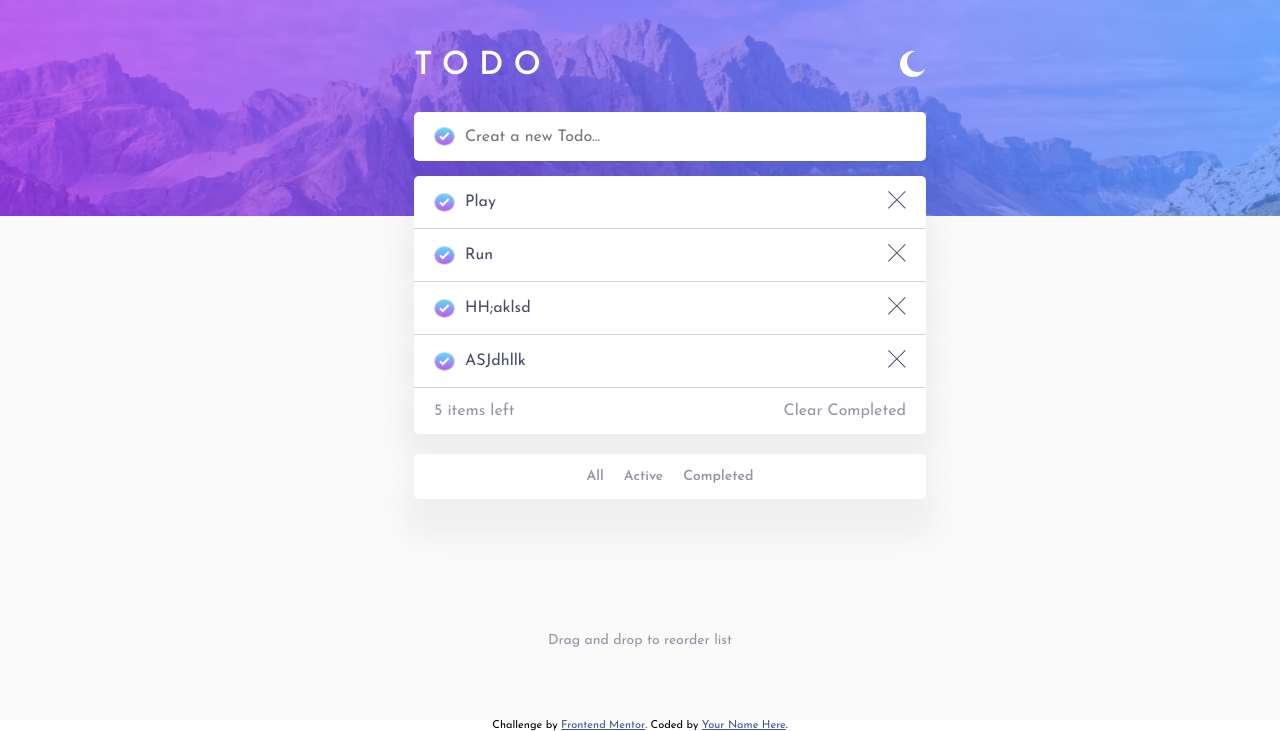
Repository: Baraajad231/Todo-app
Page: /
An editor plug-in stored every save of this project. The page is shown before and after a run of saves, followed by the edit.
The browser window is 1280 px wide. The pictures show the whole page.
The project was rebuilt for these pictures with package versions that can differ from the ones it lists, and the page was loaded fresh each time. Also part of the build but not shown: vite.config.js.

Above is the page before, as saved 2025-12-30 13:35:17.

### index.html
<!DOCTYPE html>
<html lang="en" data-theme="light">
  <head>
    <meta charset="UTF-8" />
    <meta name="viewport" content="width=device-width, initial-scale=1.0" />
    <!-- displays site properly based on user's device -->

    <link
      rel="icon"
      type="image/png"
      sizes="32x32"
      href="./images/favicon-32x32.png"
    />

    <title>Frontend Mentor | Todo app</title>

    <!-- Feel free to remove these styles or customise in your own stylesheet 👍 -->
    <style>
      .attribution {
        font-size: 11px;
        text-align: center;
      }
      .attribution a {
        color: hsl(228, 45%, 44%);
      }
    </style>

    <link rel="preconnect" href="https://fonts.googleapis.com" />
    <link rel="preconnect" href="https://fonts.gstatic.com" crossorigin />
    <link
      href="https://fonts.googleapis.com/css2?family=Josefin+Sans:ital,wght@0,100..700;1,100..700&display=swap"
      rel="stylesheet"
    />

    <link rel="stylesheet" href="./styles/style.scss" />
  </head>
  <body>
    <div class="container">
      <picture class="background-Wrapper">
        <source
          media="(min-width:465px)"
          srcset="images/bg-desktop-light.jpg"
        />
        <img
          src="images/bg-mobile-light.jpg"
          alt="bg-mobile-light"
          class="background background-light"
        />
      </picture>

      <div class="todo">
        <div class="todo__header">
          <h1 class="todo__title">TODO</h1>
          <button class="todo__theme button">
            <img src="images/icon-moon.svg" alt="moon icon" />
          </button>
        </div>
        <ul class="todo__list">
          <li class="todo__list__row todo__list__row-input">
            <button class="checkbox button">
              <img
                src="./images/icon-check.svg"
                alt="check"
                class="checkbox__icon"
              />
            </button>
            <input
              type="text"
              placeholder="Creat a new Todo..."
              class="todo__list__input"
            />
          </li>

          <li class="todo__list__row">
            <button class="checkbox button">
              <img
                src="./images/icon-check.svg"
                alt="check"
                class="checkbox__icon"
              />
            </button>
            <span class="todo__list__task">Play</span>
            <button class="remove-btn button">
              <img src="./images/icon-cross.svg" alt="" class="remove-icon" />
            </button>
          </li>
          <li class="todo__list__row">
            <button class="checkbox button">
              <img
                src="./images/icon-check.svg"
                alt="check"
                class="checkbox__icon"
              />
            </button>
            <span class="todo__list__task">Run</span>
            <button class="remove-btn button">
              <img src="./images/icon-cross.svg" alt="" class="remove-icon" />
            </button>
          </li>
          <li class="todo__list__row">
            <button class="checkbox button">
              <img
                src="./images/icon-check.svg"
                alt="check"
                class="checkbox__icon"
              />
            </button>
            <span class="todo__list__task">HH;aklsd</span>
            <button class="remove-btn button">
              <img src="./images/icon-cross.svg" alt="" class="remove-icon" />
            </button>
          </li>
          <li class="todo__list__row">
            <button class="checkbox button">
              <img
                src="./images/icon-check.svg"
                alt="check"
                class="checkbox__icon"
              />
            </button>
            <span class="todo__list__task">ASJdhllk</span>
            <button class="remove-btn button">
              <img src="./images/icon-cross.svg" alt="" class="remove-icon" />
            </button>
          </li>
          <li class="todo__list__row todo__list__row--meta">
            <div class="todo__items-left">
              <span class="todo__items-count">5</span>
              <span class="todo__items-text">items left</span>
            </div>

            <button class="todo__list-clear button">Clear Completed</button>
          </li>

          <li class="todo__list__row todo__list__row--filter">
            <button class="todo__list-all button button-filter">All</button>
            <button class="todo__list-active button button-filter">
              Active
            </button>
            <button class="todo__list-completed button button-filter">
              Completed
            </button>
          </li>
        </ul>
      </div>
    </div>
    <p class="note">Drag and drop to reorder list</p>

    <div class="attribution">
      Challenge by
      <a href="https://www.frontendmentor.io?ref=challenge" target="_blank"
        >Frontend Mentor</a
      >. Coded by <a href="#">Your Name Here</a>.
    </div>
  </body>
</html>

### styles/style.scss
/*variables*/
:root {
  /* ===== Brand / Primary ===== */
  --color-primary: hsl(220, 98%, 61%);

  --gradient-check: linear-gradient(hsl(192, 100%, 67%), hsl(280, 87%, 65%));

  /* ===== Typography ===== */
  --font-family-base: "Josefin Sans", sans-serif;
  --font-size-base: 16px;
  --font-weight-regular: 400;
  --font-weight-bold: 700;
}

:root[data-theme="light"] {
  --color-bg: hsl(0, 0%, 98%);
  --color-surface: #ffffff;

  --color-text-primary: hsl(235, 19%, 35%);
  --color-text-secondary: hsl(236, 9%, 61%);

  --color-border: hsl(233, 11%, 84%);
  --color-completed: hsl(234, 39%, 85%);
}

:root[data-theme="dark"] {
  --color-bg: hsl(235, 21%, 11%);
  --color-surface: hsl(235, 24%, 19%);

  --color-text-primary: hsl(234, 39%, 85%);
  --color-text-secondary: hsl(236, 9%, 61%);

  --color-border: hsl(237, 14%, 26%);
  --color-muted: hsl(233, 14%, 35%);
}

/* Reset */
* {
  margin: 0;
  padding: 0;
  font: inherit;
}

*,
*::after,
*::before {
  box-sizing: border-box;
}

a {
  color: inherit;
  display: inline-block;
}

button,
[type="submit"] {
  background-color: transparent;
  border: none;
  cursor: pointer;
}

ul,
ol {
  list-style: none;
}

html {
  font-size: 62.5%;
}

body {
  font-size: 1.6rem;
  font-family: var(--font-family-base);
  color: var(--color-text-primar);
}
/* End Reset */

/*container*/
.container {
  position: relative;
  height: 100vh;
  background-color: var(--color-bg);
}
.background {
  width: 100vw;
  @media (min-width: 769px) {
    height: 30%;
  }
}

.todo {
  display: flex;
  flex-direction: column;
  gap: 3rem;
  position: absolute;
  top: 0;
  width: calc(100% - 6rem);
  margin: 5rem 3rem;

  @media (min-width: 769px) {
    width: 40%;
    left: 50%;
    transform: translateX(-50%);
  }

  &__header {
    display: flex;
    justify-content: space-between;
    .todo__title {
      font-size: 2.4rem;
      color: white;
      letter-spacing: 1rem;
      font-weight: 600;

      @media (min-width: 769px) {
        font-size: 3.2rem;
      }
    }
  }

  &__list {
    font-size: 1.2rem;

    @media (min-width: 769px) {
      font-size: 1.6rem;
    }

    &__row {
      background-color: var(--color-surface);
      padding: 1.5rem 2rem;
      display: flex;
      align-items: center;
      color: var(--color-text-primary);
      box-shadow: 0 3rem 3rem 1rem rgba(0, 0, 0, 0.045);
      &--completed {
        text-decoration: line-through;
        color: var(--color-completed);
      }
      &:nth-child(2) {
        border-radius: 0.5rem 0.5rem 0 0;
      }

      & .checkbox {
        border: 1px solid var(--color-border);
        border-radius: 50%;
        background: var(--gradient-check);
        margin-right: 1rem;
        display: flex;
        align-items: center;
        justify-content: center;

        &__icon {
          padding: 0.4rem;
        }
      }

      & .todo__list__task {
        margin-right: auto;
      }
      &-input {
        margin-bottom: 1.5rem;

        & .todo__list__input {
          border: none;
          background-color: transparent;

          &:focus {
            outline: none;
            caret-color: var(--color-primary);
          }
        }
      }

      &:not(&-input, &--filter, &--meta) {
        border-bottom: 1px solid var(--color-border);
      }

      &--meta {
        display: flex;
        justify-content: space-between;

        border-radius: 0 0 0.5rem 0.5rem;
      }

      &--filter {
        display: flex;
        justify-content: center;
        gap: 2rem;
        margin-top: 2rem;
        font-size: 1.4rem;
      }
      &--filter,
      &-input {
        border-radius: 0.5rem;
      }
      &--filter,
      &--meta {
        color: var(--color-text-secondary);
      }
    }
  }
}

.note {
  position: absolute;
  bottom: 10%;
  left: 50%;
  transform: translateX(-50%);
  width: max-content;
  font-size: 1.4rem;
  color: var(--color-text-secondary);
}

.button {
  color: var(--color-text-secondary);

  &:active {
    transform: scale(0.9);
    color: var(--color-text-primary);
  }

  &-filter {
    &:focus {
      color: var(--color-primary);
    }
    font-weight: 600;
  }
}

After the next 2 saves:
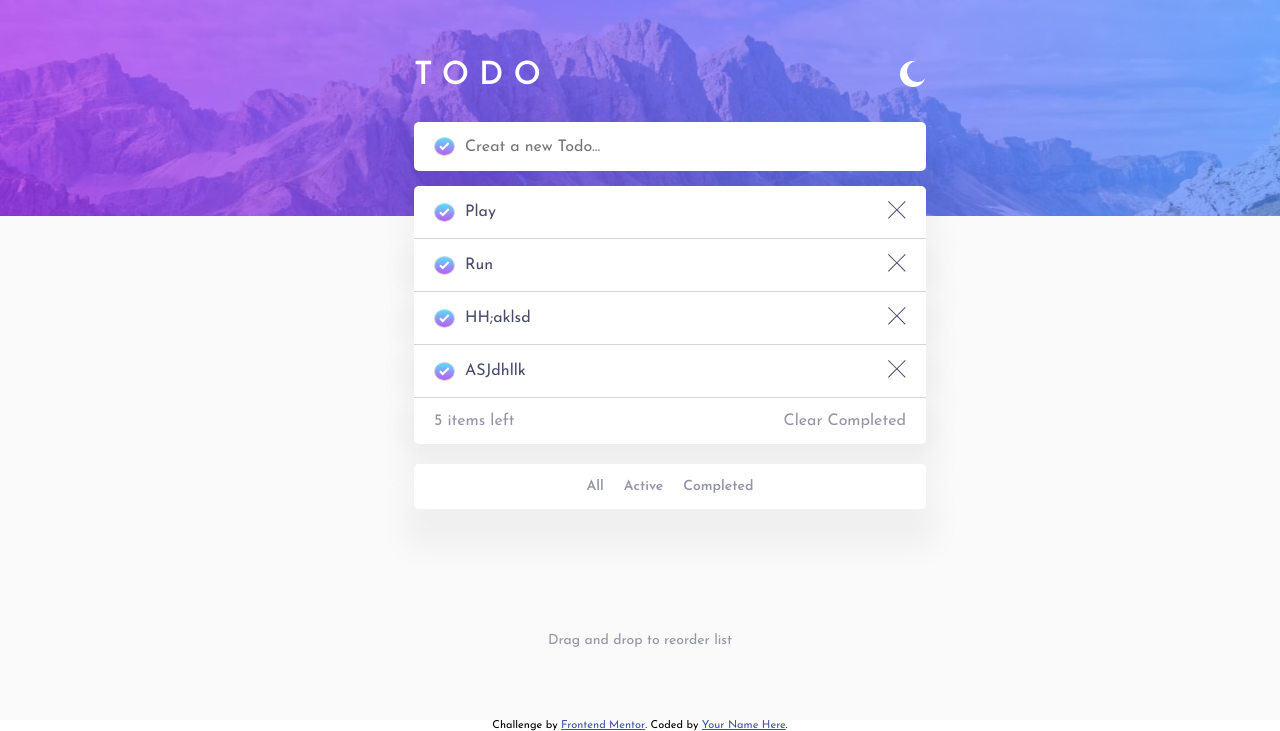
The 2 saves are shown as one change because they came seconds apart.
The last was saved 15 s later.
--- a/styles/style.scss
+++ b/styles/style.scss
@@ -101,6 +101,7 @@ body {
     width: 40%;
     left: 50%;
     transform: translateX(-50%);
+    margin: 6rem 3rem;
   }
 
   &__header {
